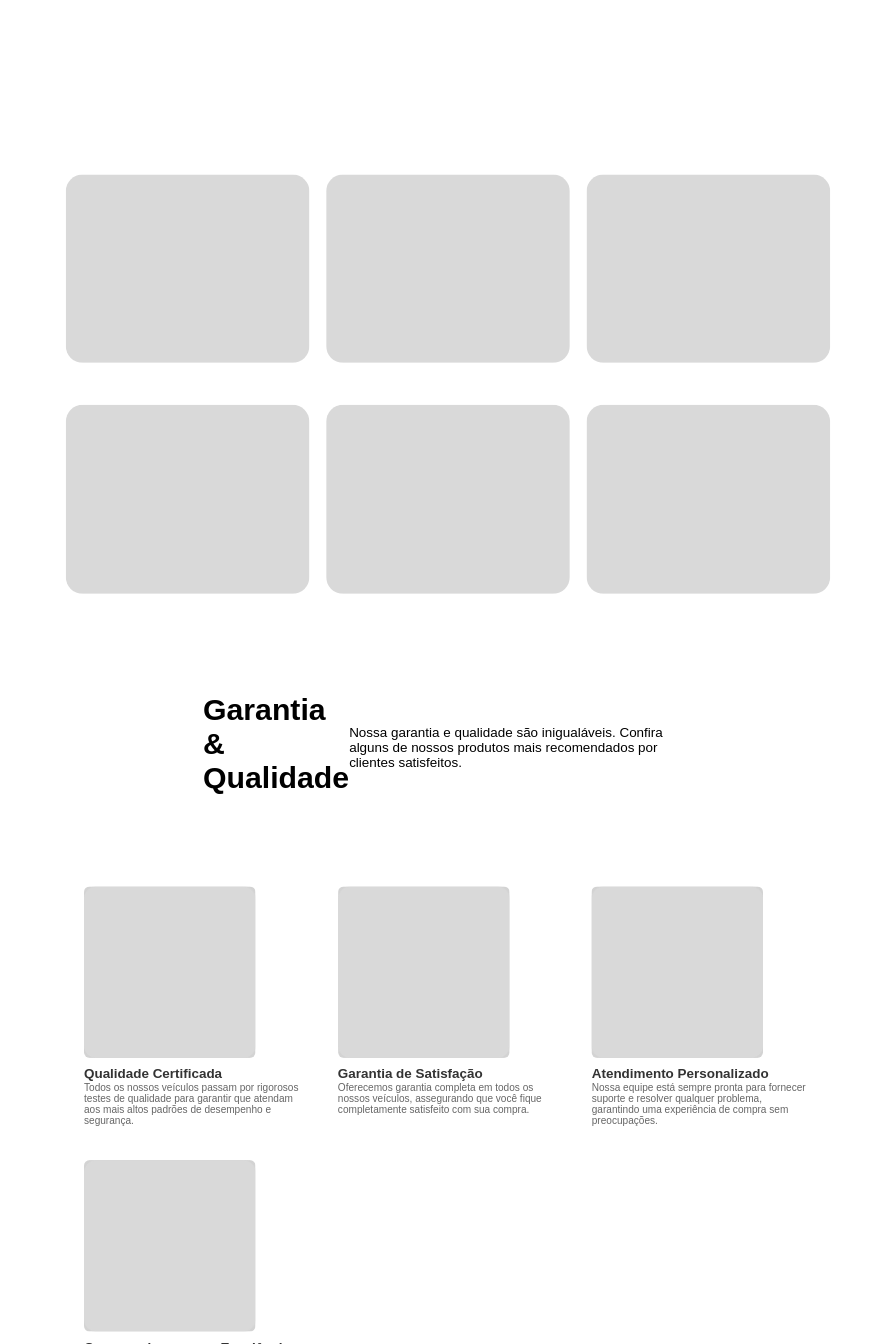
Repository: Matheus904-12/Reforma
Page: index.html
An editor plug-in stored every save of this project. The page is shown before and after the next save, followed by the edit.
The browser window is 1280 px wide. The pictures show the part of the page from y = 1875 to 3795 px (the page is 4132 px tall before and 4409 px after), at 70% of full size.
Some web libraries are served in a nearby version.

Above is the page before, as saved 2024-08-12 19:35:04.
Console error: TypeError: Cannot read properties of undefined (reading 'click')

After the next save:
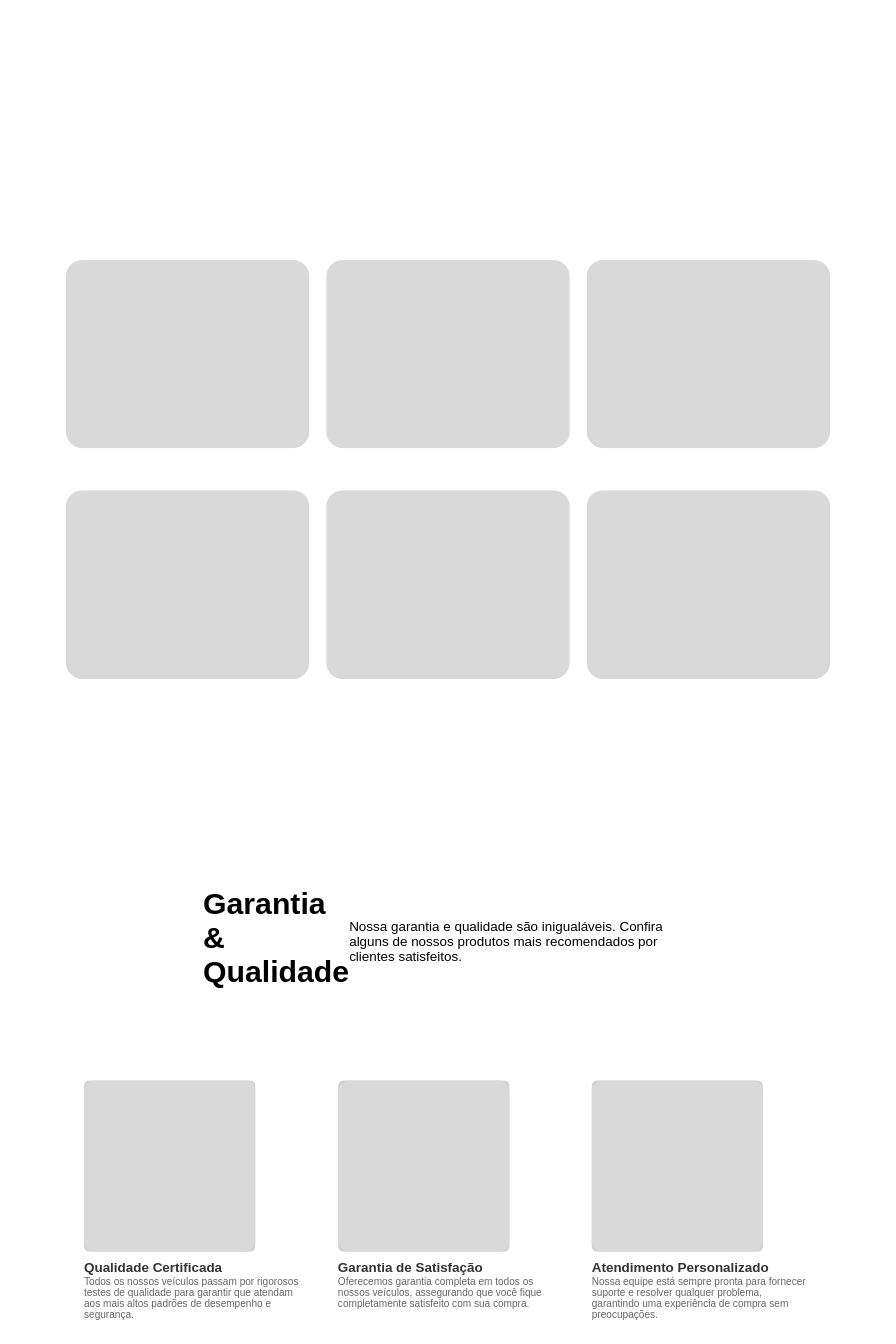
Saved 9 s later.
--- a/CSS/styles.css
+++ b/CSS/styles.css
@@ -266,7 +266,7 @@ header {
   place-items: center;
   margin-inline: 1.5rem;
   padding-block: 5rem;
-  margin-bottom: 155px,
+  margin-bottom: 155px;
   margin-top: 122px;
 }
 
